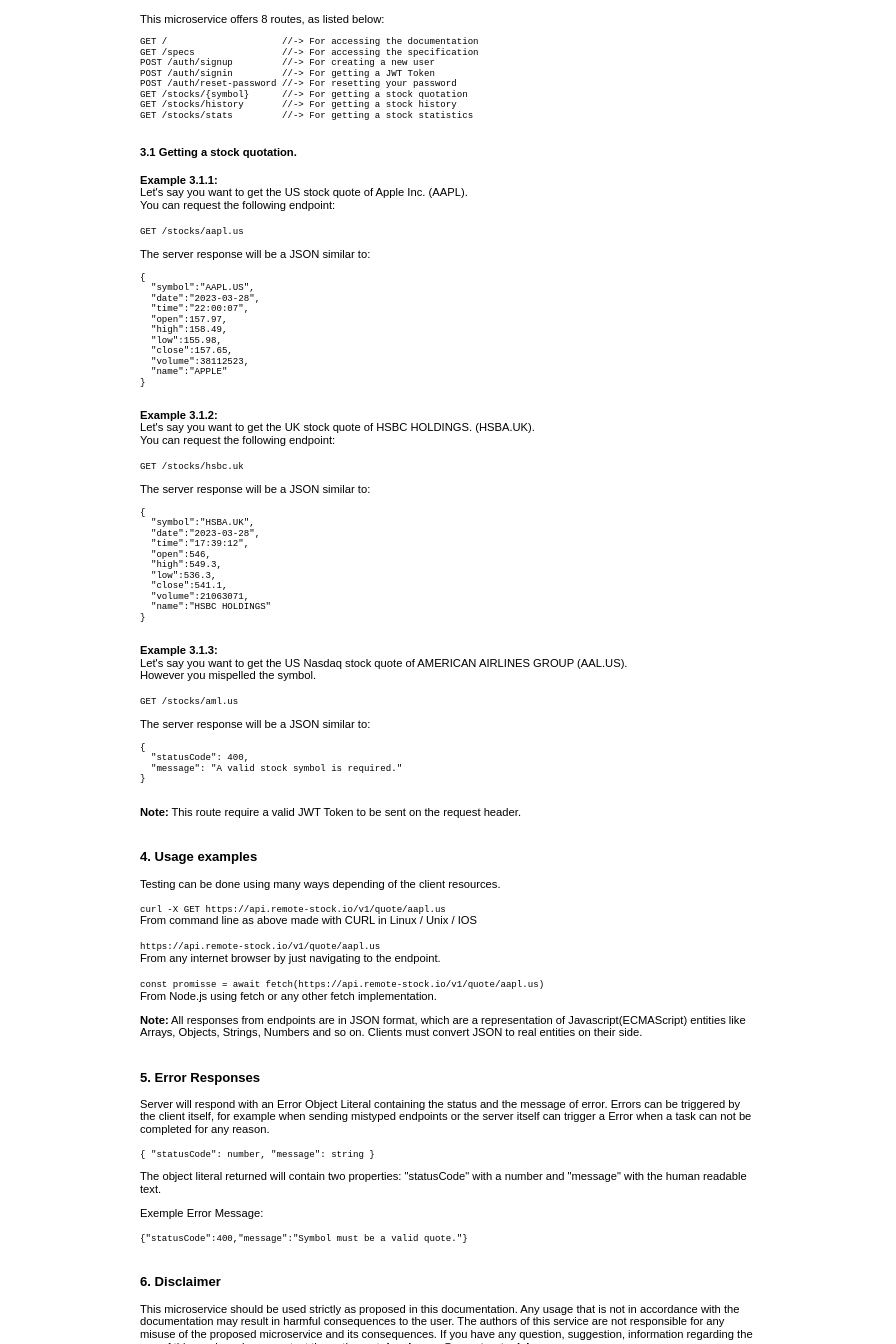
Repository: miguelamello/nest-js
Page: stock-service/documentation.html
An editor plug-in stored every save of this project. The page is shown before and after the next save, followed by the edit.
The browser window is 1280 px wide. The pictures show the part of the page from y = 1616 to 3536 px (the page is 3611 px tall before and 3651 px after), at 70% of full size.

Above is the page before, as saved 2023-04-02 21:14:07.

After the next save:
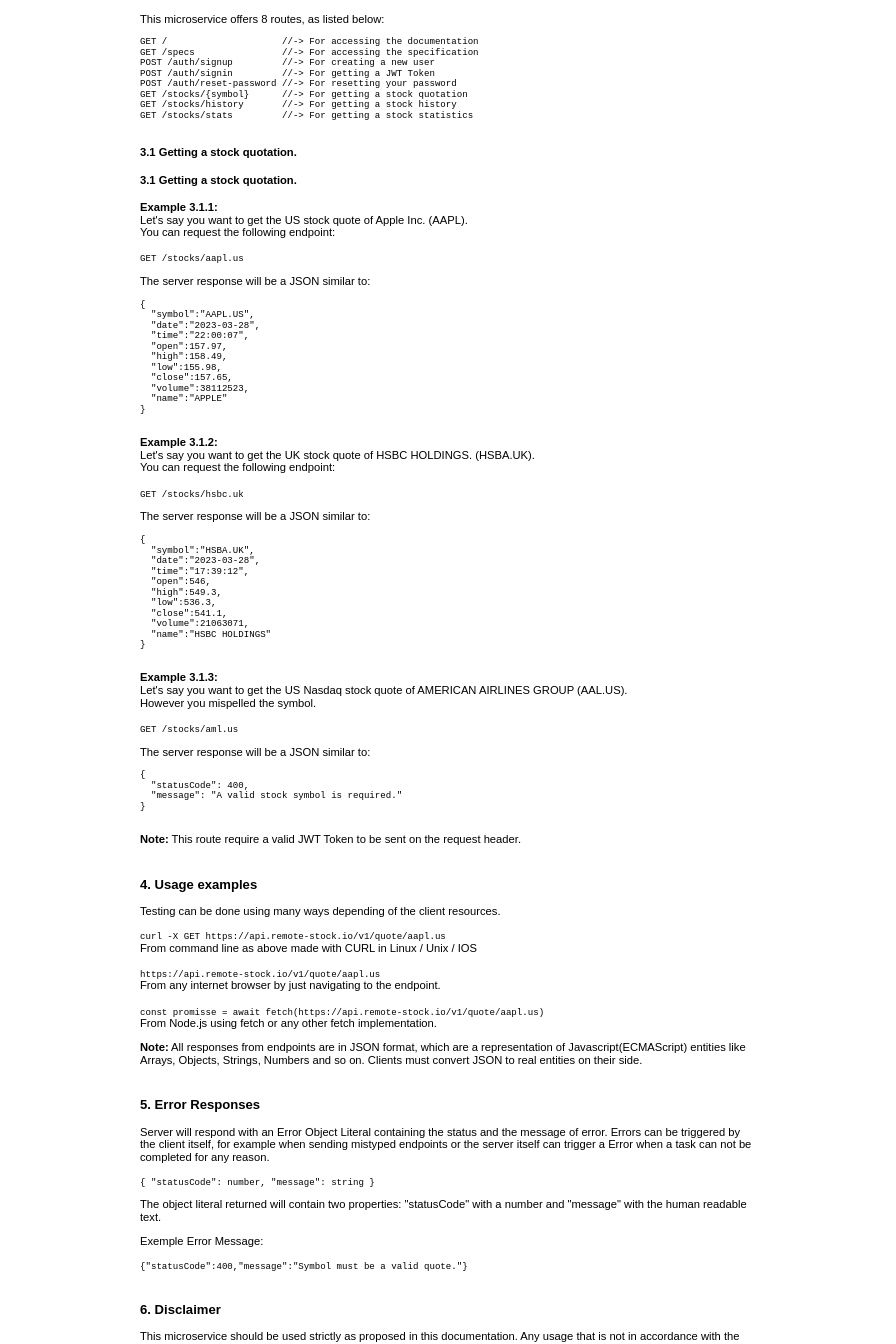
Saved 4 s later.
--- a/stock-service/documentation.html
+++ b/stock-service/documentation.html
@@ -151,7 +151,7 @@ GET /stocks/history       //-> For getting a stock history
 GET /stocks/stats         //-> For getting a stock statistics
   </pre>
 
-
+  <h4>3.1 Getting a stock quotation.</h4>
 
   <h4>3.1 Getting a stock quotation.</h4>
 
